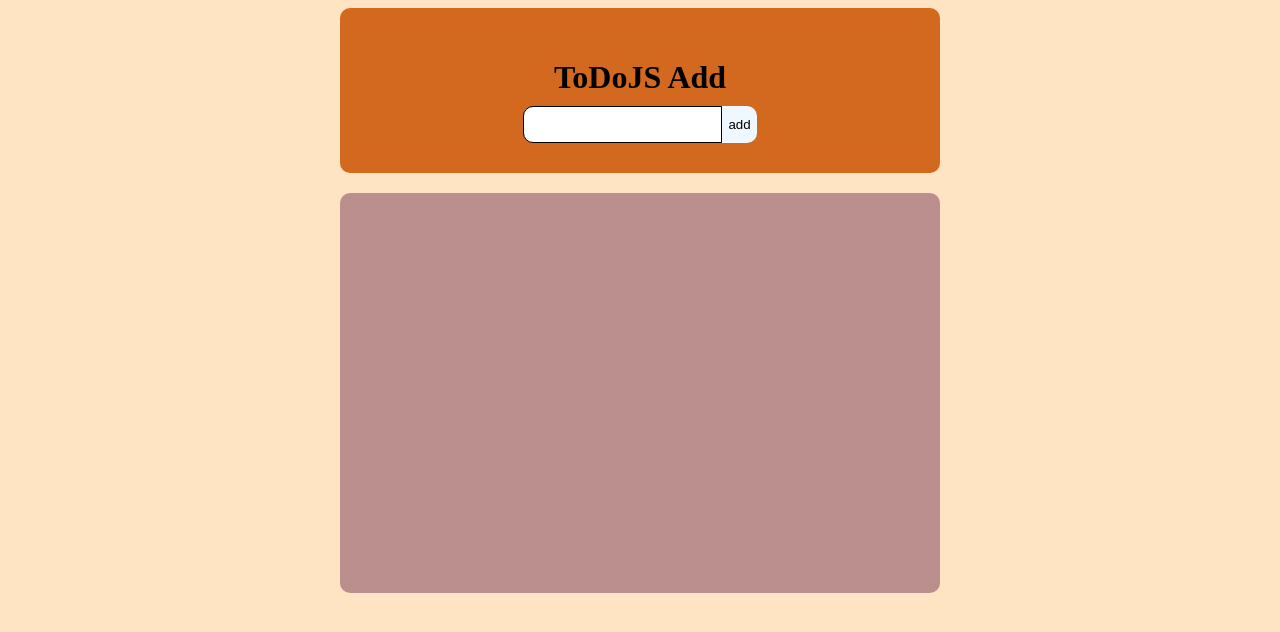
Repository: Savich01/ToDo
Page: index.html
The author's editor kept a copy of each file at every save. The page is drawn from the files as they stood at one save, then again after the next save.
The browser window is 1280 px wide. The pictures show the whole page.

Above is the page before, as saved 2024-05-03 13:59:10.

After the next save:
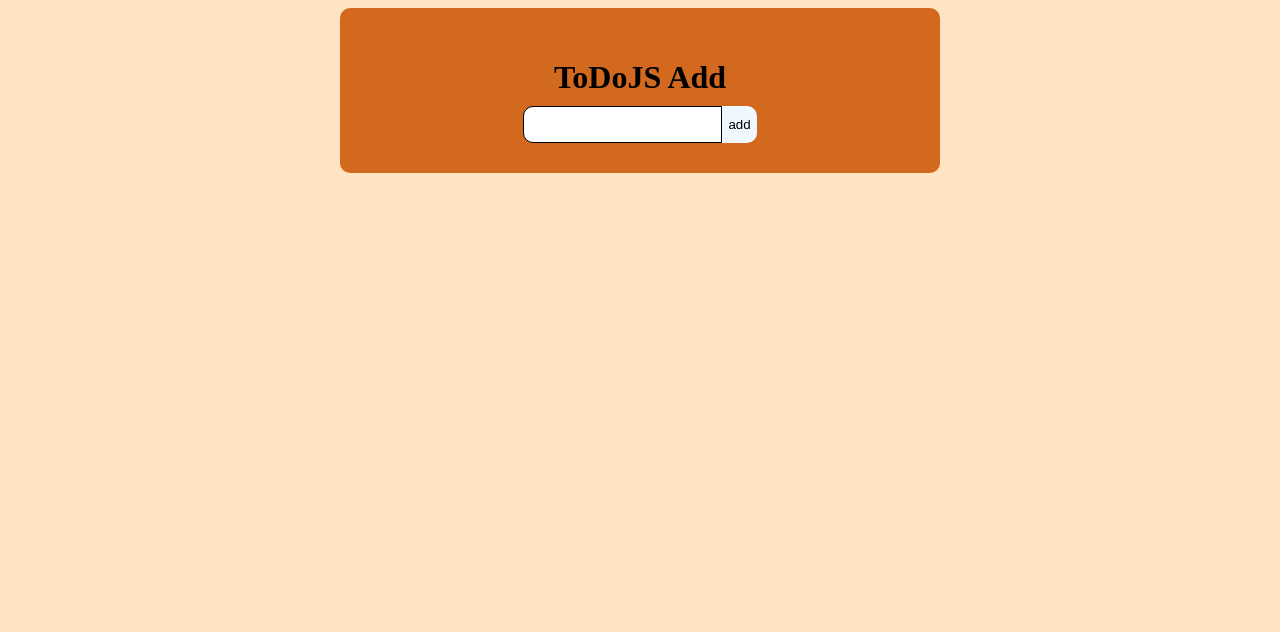
Saved 23 min 2 s later.
--- a/index.html
+++ b/index.html
@@ -19,7 +19,7 @@
         </div>
     </header>
      <main class="main">
-        <div class="main-block">
+        <div class="container">
 
         </div>
      </main>

After the save that followed:
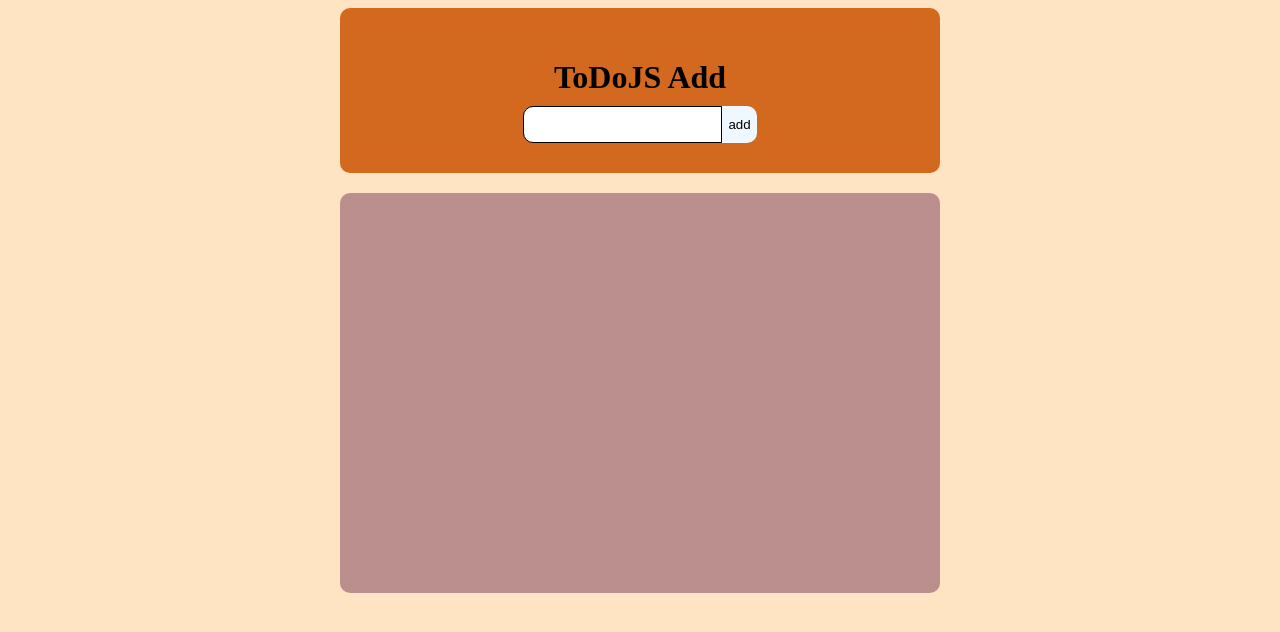
Saved 19 s later.
--- a/css/style.css
+++ b/css/style.css
@@ -1,3 +1,5 @@
+/*------------HEADER-------------------------------------*/
+
 body {
     max-width: 100%;
     background: #FFE4C4;
@@ -39,12 +41,14 @@ body {
     border-radius: 0px 10px 10px 0px;
     cursor: pointer;
 }
-/*--------------------ПЕРВЫЙ БЛОК-------------------------------------*/
+/*------------------MAIN-------------------------------------*/
 
-.main-block {
+.container {
    max-width: 600px;
    margin: 0 auto;
    background: #BC8F8F;
    height: 400px;
    border-radius: 10px;
 }
+
+/*------------------FOOTER--------------------------------------------------*/
